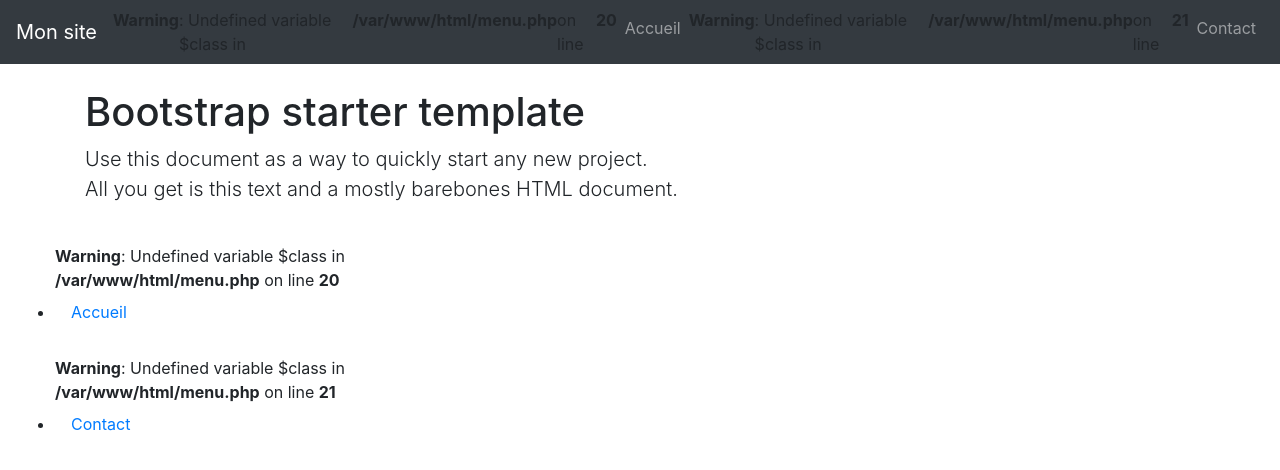
Repository: Alex-Serky/Backend_PHP
Page: http://localhost/
The author's editor kept a copy of each file at every save. The page is drawn from the files as they stood at one save, then again after the next save.
The browser window is 1280 px wide. The pictures show the whole page.
Some web libraries are served in a nearby version. The page is run by PHP 8.4 with error messages shown; the project is at /var/www/html/.

Above is the page before, as saved 2020-07-20 17:30:27.

After the next save:
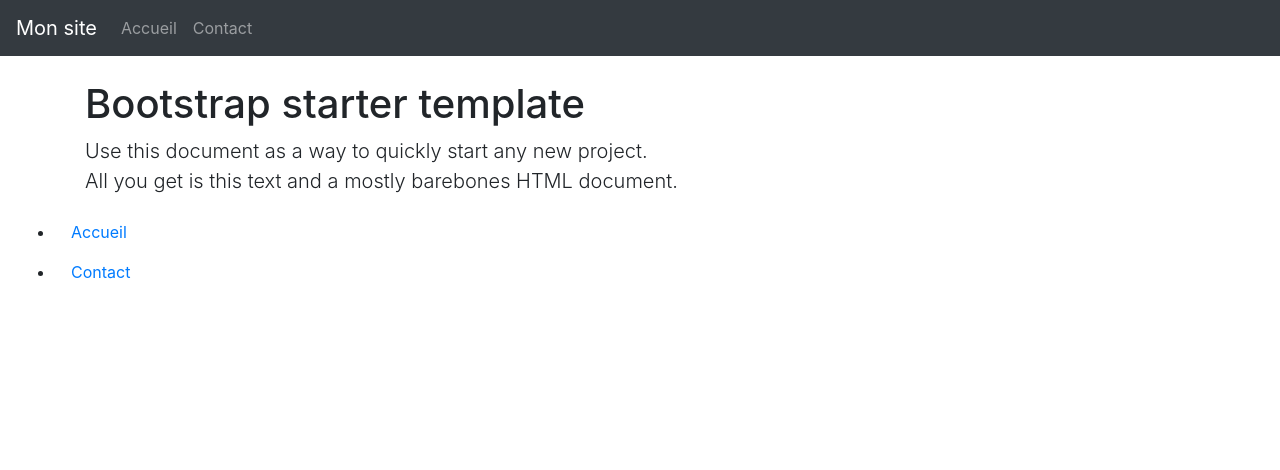
Saved 106 s later.
--- a/menu.php
+++ b/menu.php
@@ -17,5 +17,5 @@ HTML;
 
 ?>
 
-<?= nav_item('./index.php', 'Accueil', $class) ?>
-<?= nav_item('./contact.php', 'Contact', $class) ?>
+<?= nav_item('/Backend_PHP/index.php', 'Accueil') ?>
+<?= nav_item('/Backend_PHP/contact.php', 'Contact') ?>
